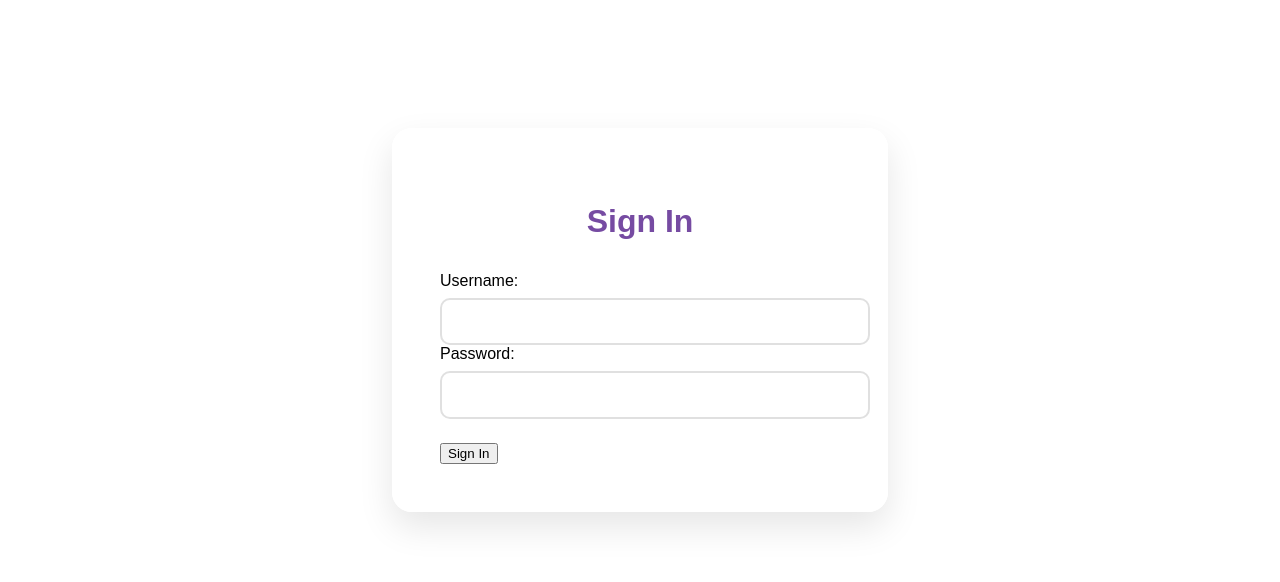
Repository: Ibrahim-Abohola/BookStore
Page: signin.html
The author's editor kept a copy of each file at every save. The page is drawn from the files as they stood at one save, then again after the next save.
The browser window is 1280 px wide. The pictures show the whole page.

Above is the page before, as saved 2025-07-15 20:42:03.

After the next save:
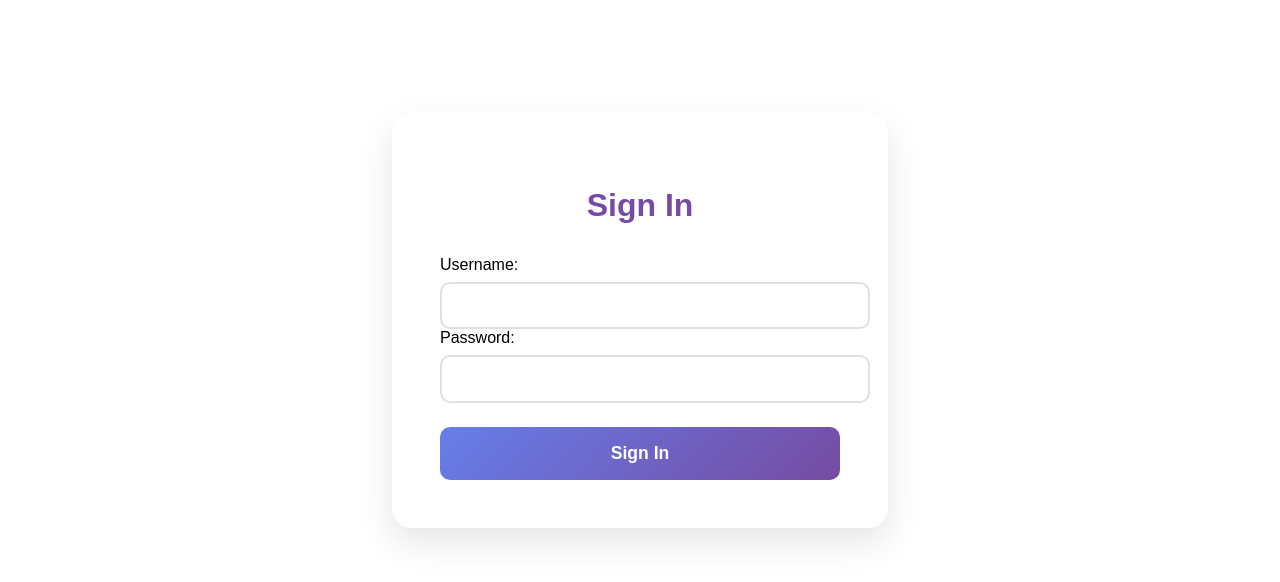
Saved 35 s later.
--- a/signin.html
+++ b/signin.html
@@ -16,7 +16,7 @@
             <label for="password">Password:</label>
             <input type="password" id="password" name="password" required>
             </div>
-            <button type="submit">Sign In</button>
+            <button type="submit" class="signin-btn">Sign In</button>
         </form>
         </div>
     </body>
